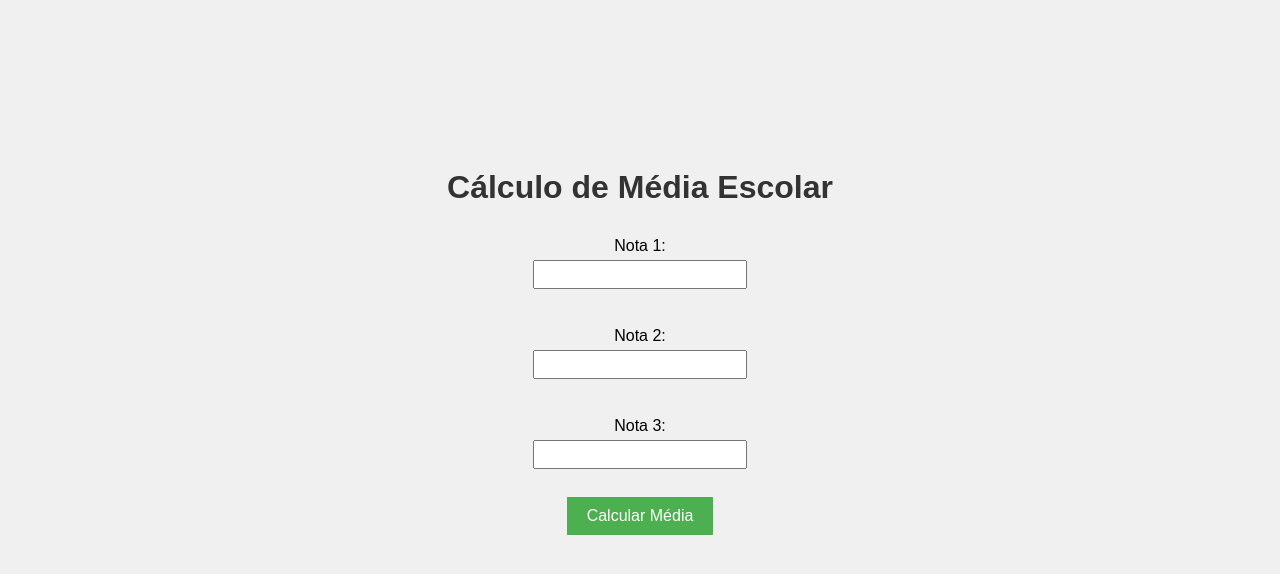
Repository: Gabrielb0rn/JavaScript-HTML.io
Page: atividade 6/index.html
These files come from the project's save history. The page is drawn as it stood at one moment and after the next save; the edit follows.
The browser window is 1280 px wide. The pictures show the whole page.

Above is the page before, as saved 2024-07-04 11:10:20.

After the next save:
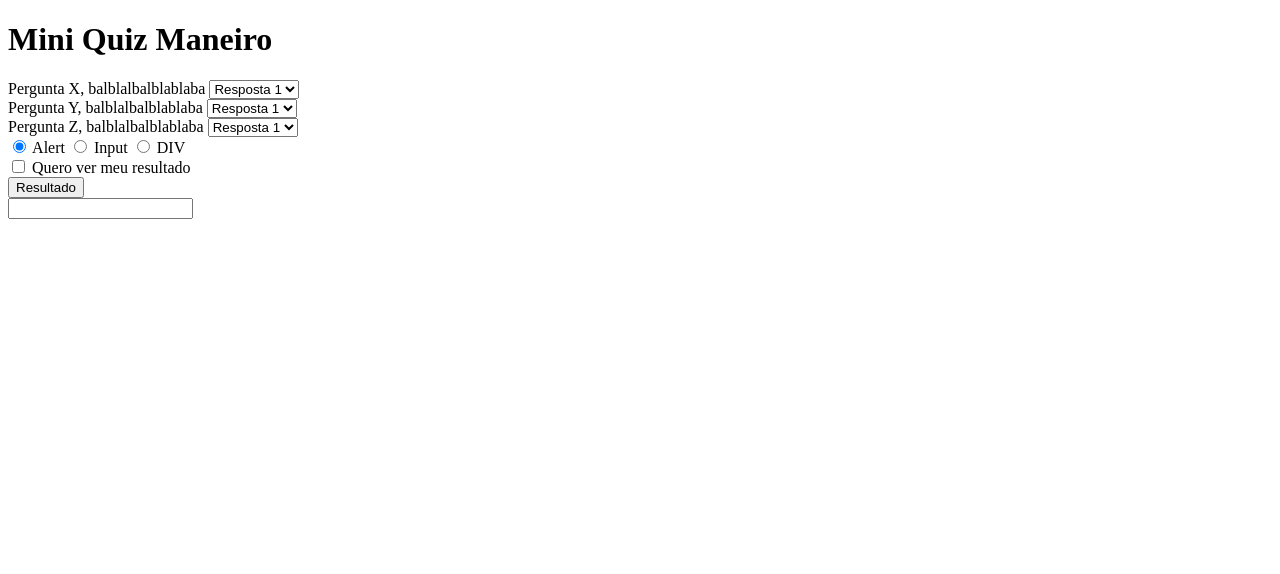
Not found: atividade 6/script.js
Not found: atividade 6/styles.css
Saved 2 min 5 s later.
--- a/atividade 6/index.html
+++ b/atividade 6/index.html
@@ -1,27 +1,54 @@
 <!DOCTYPE html>
-<html lang="pt-br">
+<html lang="pt-BR">
 <head>
     <meta charset="UTF-8">
     <meta name="viewport" content="width=device-width, initial-scale=1.0">
-    <link rel="stylesheet" href="assets/style.css">
-    <title>Cálculo de Média Escolar</title>
+    <title>Mini Quiz Maneiro</title>
+    <link rel="stylesheet" href="styles.css">
 </head>
 <body>
-    <h1>Cálculo de Média Escolar</h1>
-
-    <label for="nota1">Nota 1:</label>
-    <input type="number" id="nota1" name="nota1"><br>
-
-    <label for="nota2">Nota 2:</label>
-    <input type="number" id="nota2" name="nota2"><br>
-
-    <label for="nota3">Nota 3:</label>
-    <input type="number" id="nota3" name="nota3"><br>
-
-    <button onclick="calcularMedia()">Calcular Média</button>
-
-    <p id="resultado"></p>
-
-    <script src="assets/scripts.js"></script>
+    <div class="quiz-container">
+        <h1>Mini Quiz Maneiro</h1>
+        <form id="quiz-form">
+            <div class="question">
+                <label for="pergunta-x">Pergunta X, balblalbalblablaba</label>
+                <select id="pergunta-x" name="pergunta-x">
+                    <option value="1">Resposta 1</option>
+                    <option value="2">Resposta 2</option>
+                    <option value="3">Resposta 3</option>
+                </select>
+            </div>
+            <div class="question">
+                <label for="pergunta-y">Pergunta Y, balblalbalblablaba</label>
+                <select id="pergunta-y" name="pergunta-y">
+                    <option value="1">Resposta 1</option>
+                    <option value="2">Resposta 2</option>
+                    <option value="3">Resposta 3</option>
+                </select>
+            </div>
+            <div class="question">
+                <label for="pergunta-z">Pergunta Z, balblalbalblablaba</label>
+                <select id="pergunta-z" name="pergunta-z">
+                    <option value="1">Resposta 1</option>
+                    <option value="2">Resposta 2</option>
+                    <option value="3">Resposta 3</option>
+                </select>
+            </div>
+            <div class="output-option">
+                <label><input type="radio" name="output" value="alert" checked> Alert</label>
+                <label><input type="radio" name="output" value="input"> Input</label>
+                <label><input type="radio" name="output" value="div"> DIV</label>
+            </div>
+            <div class="show-result">
+                <label><input type="checkbox" id="show-result"> Quero ver meu resultado</label>
+            </div>
+            <button type="button" onclick="mostrarResultado()">Resultado</button>
+            <div id="resultado" class="hidden">
+                <input type="text" id="resultado-input" readonly>
+                <div id="resultado-div"></div>
+            </div>
+        </form>
+    </div>
+    <script src="script.js"></script>
 </body>
 </html>

After the 4 saves that followed:
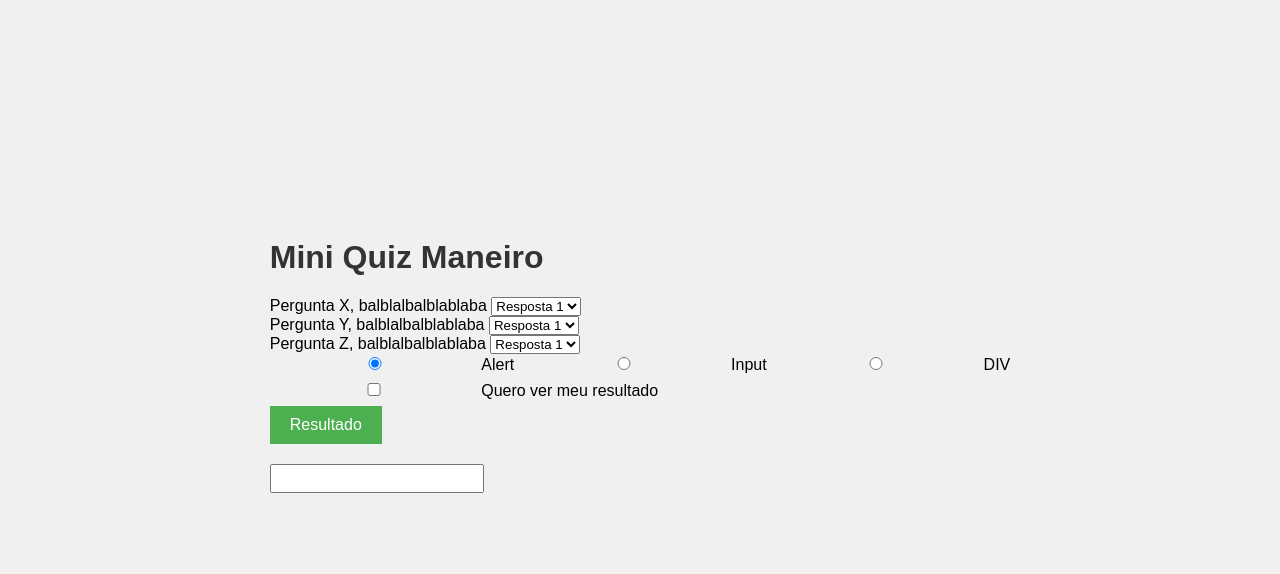
The 4 saves are shown as one change because they came seconds apart.
The last was saved 10 s later.
--- a/atividade 6/index.html
+++ b/atividade 6/index.html
@@ -4,7 +4,7 @@
     <meta charset="UTF-8">
     <meta name="viewport" content="width=device-width, initial-scale=1.0">
     <title>Mini Quiz Maneiro</title>
-    <link rel="stylesheet" href="styles.css">
+    <link rel="stylesheet" href="assets/style.css">
 </head>
 <body>
     <div class="quiz-container">
@@ -49,6 +49,6 @@
             </div>
         </form>
     </div>
-    <script src="script.js"></script>
+    <script src="assets/scripts.js"></script>
 </body>
 </html>
